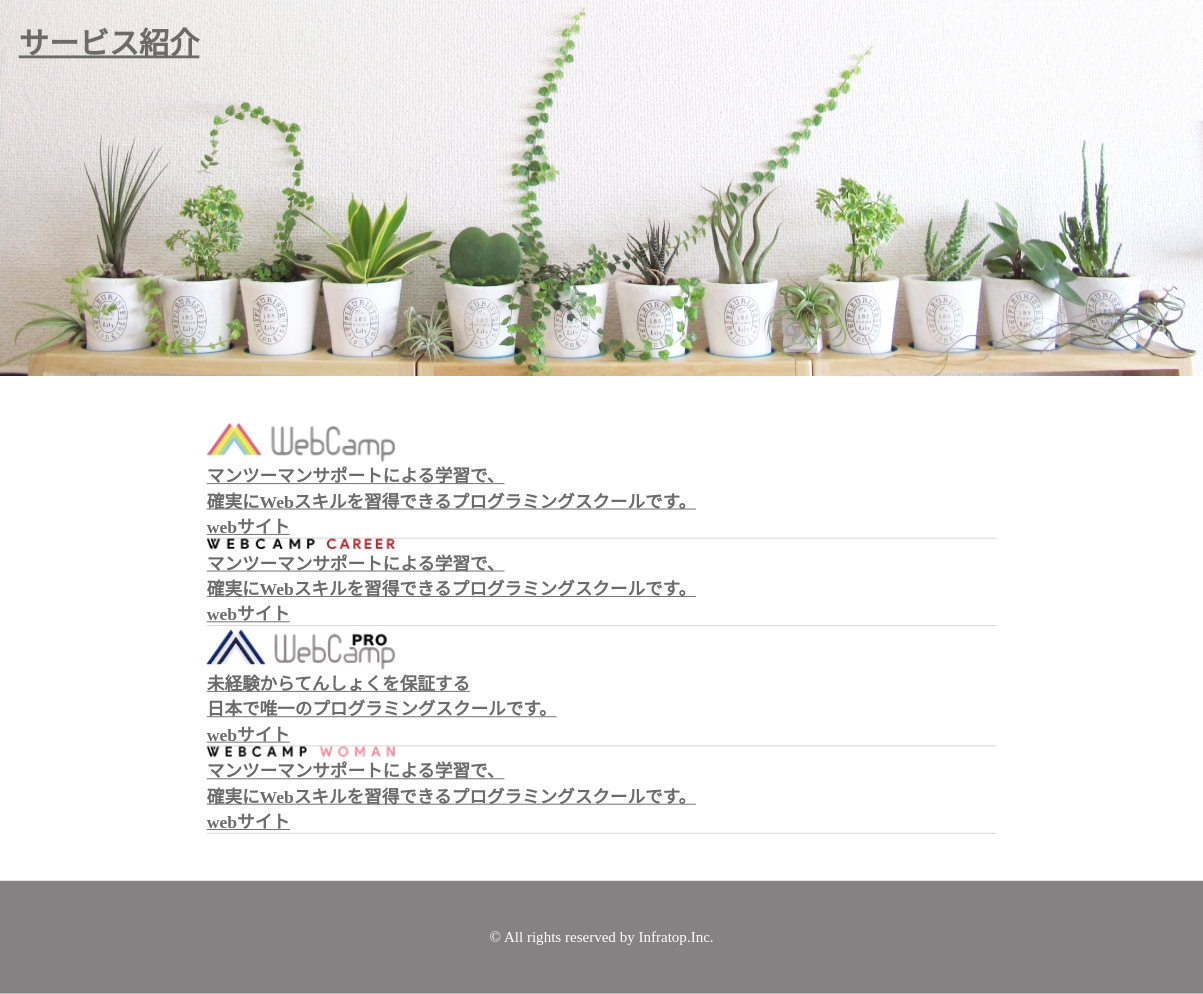
Repository: momopomi/htmlcss
Page: exercise/1-7.html
The author's editor kept a record of every edit. The page is drawn from the files as they stood at one moment, then again after the next edit.
The browser window is 1280 px wide. The pictures show the whole page, at 94% of full size.

Above is the page before.

After the next edit:
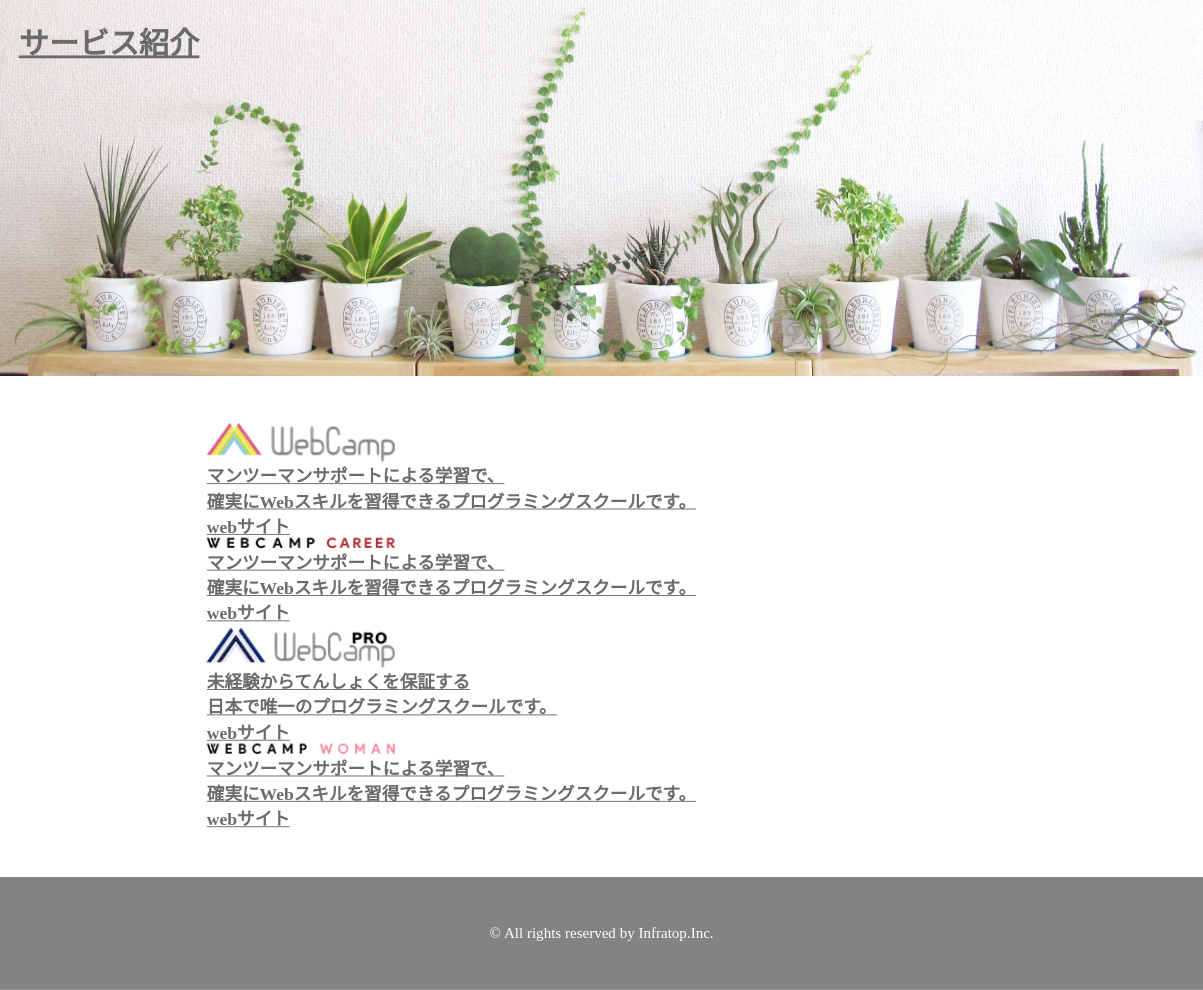
The edit:
--- a/exercise/1-7.css
+++ b/exercise/1-7.css
@@ -36,7 +36,7 @@
   width: 200px;
 }
 
-.blog-text {
+.blog-text1 {
   padding: 0 30px 0 0;
   border-bottom:1px solid lightgray;
 }
